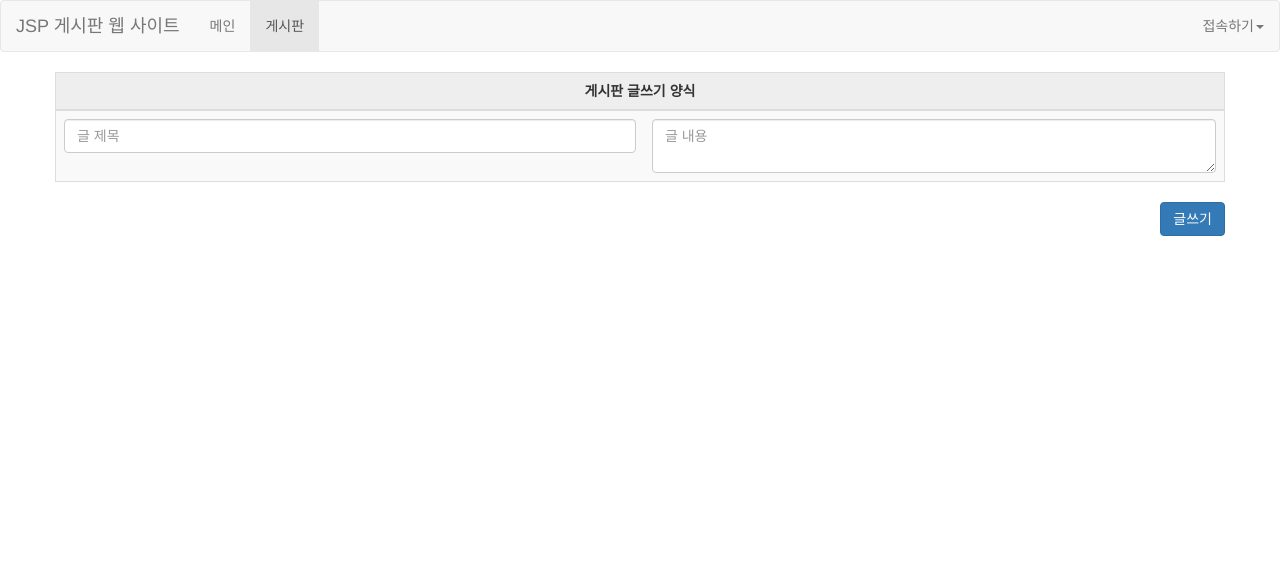
Repository: jsj961/bulletin-board-system
Page: http://localhost/BBS/write.jsp
The author's editor kept a copy of each file at every save. The page is drawn from the files as they stood at one save, then again after the next save.
The browser window is 1280 px wide. The pictures show the whole page.
Some web libraries are served in a nearby version. The page is served by Tomcat 9.

Above is the page before, as saved 2021-07-01 06:11:12.

After the next save:
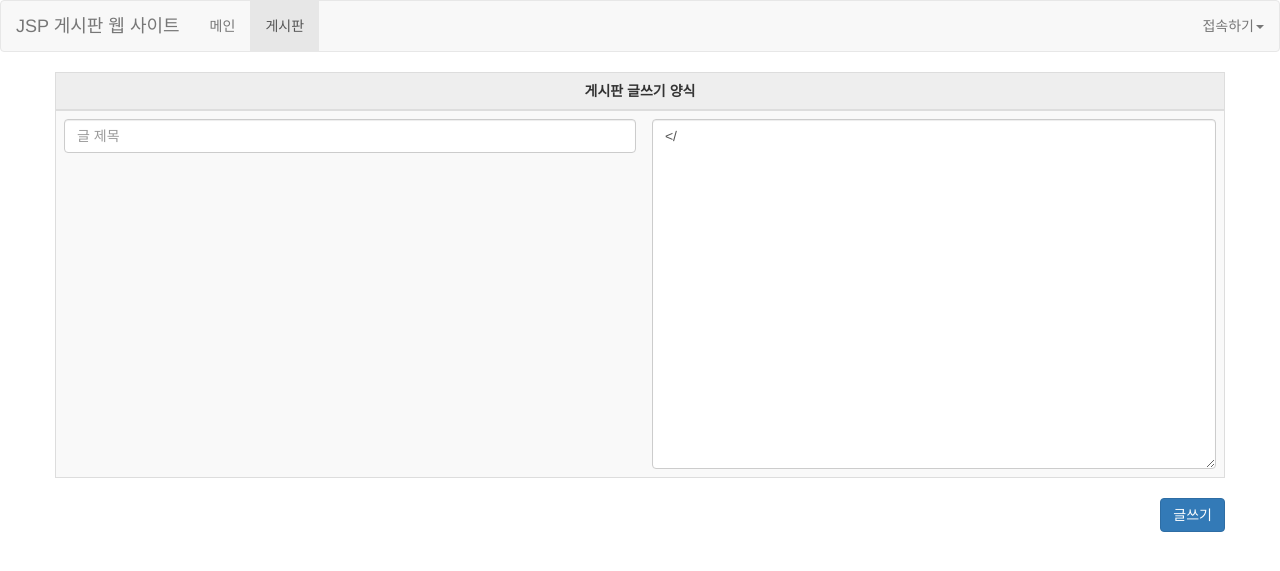
Saved 32 s later.
--- a/BBS/src/main/webapp/write.jsp
+++ b/BBS/src/main/webapp/write.jsp
@@ -75,7 +75,7 @@
 				<tbody>
 					<tr>
 						<td><input type="text" class="form-control" placeholder="글 제목" name="bbsTitle" maxlength="50"></td>
-						<td><textarea type="text" class="form-control" placeholder="글 내용" name="bbsContent" maxlength="2048"></textarea></td>
+						<td><textarea type="text" class="form-control" placeholder="글 내용" name="bbsContent" maxlength="2048" style="height: 350px;"></</textarea></td>
 					</tr>
 				</tbody>
 			</table>
